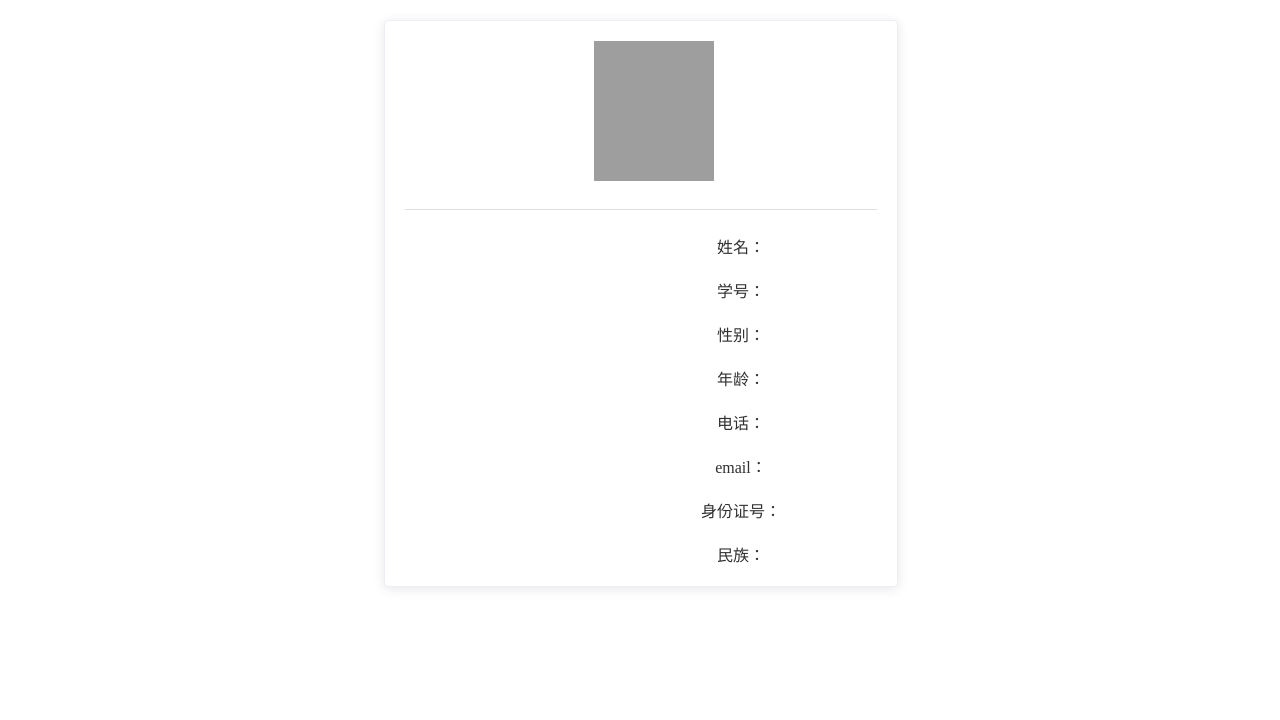
Repository: Blizzard-cyber/winsdom_scool_front
Page: /#/Personal
These files come from the project's save history. The page is drawn as it stood at one moment and after the next save; the edit follows.
The browser window is 1280 px wide. The pictures show the whole page.
Pictures or frames that could not be fetched are drawn as grey boxes. The project was rebuilt for these pictures with package versions that can differ from the ones it lists, and the page was loaded fresh each time. Also part of the build but not shown: src/components/comment/bottom.vue, src/components/first.vue, src/components/inside.vue, src/components/index.vue, src/components/dynamic/photo-news.vue, src/components/dynamic/latest-information.vue, src/components/contact/contact-us.vue, src/components/info_modules/course.vue and 7 more. Imported but missing from the stored project, and not drawn on this page: src/components/dynamic/school-notice, src/components/info_modules/lab.

Above is the page before, as saved 2022-07-04 11:51:21.
Console error: TypeError: Cannot read properties of null (reading 'getContext')

After the next save:
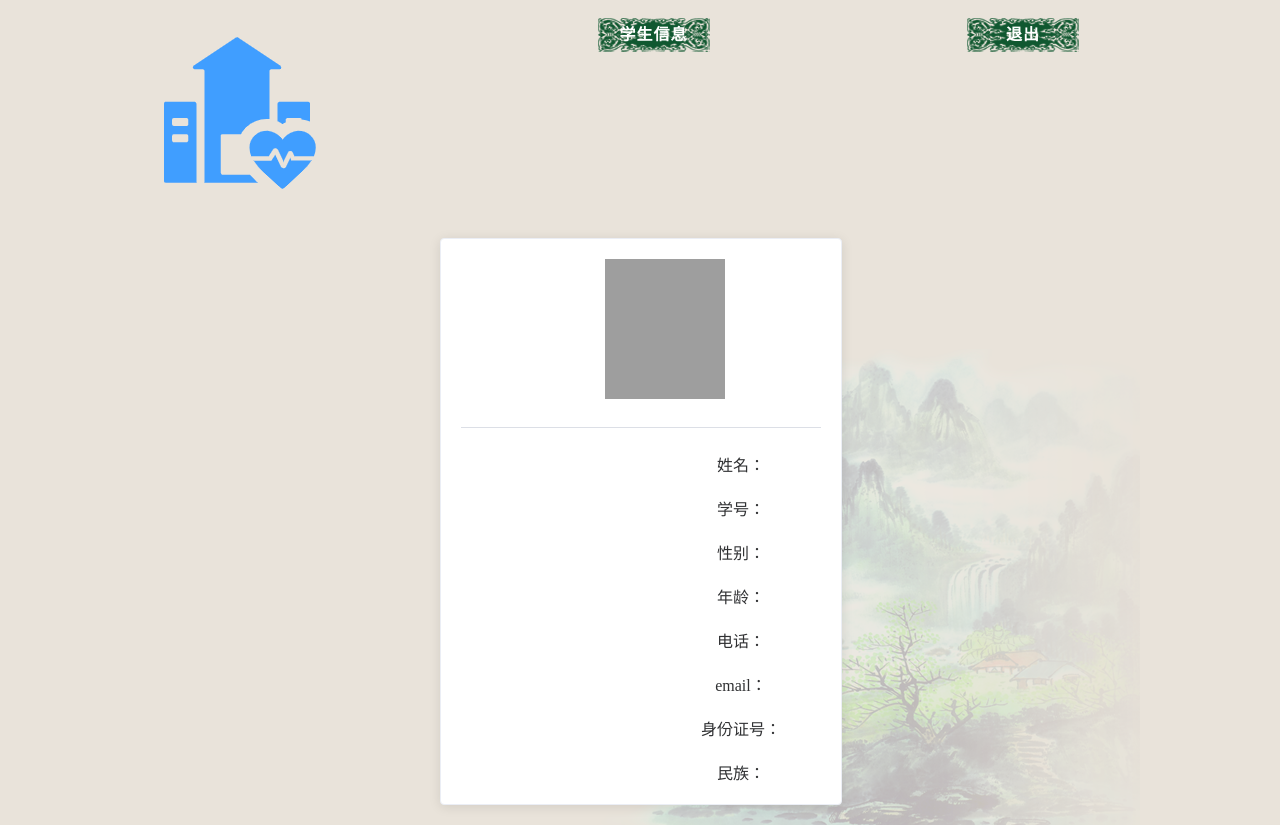
Saved 3 min 28 s later.
--- a/src/components/info_modules/personal.vue
+++ b/src/components/info_modules/personal.vue
@@ -1,4 +1,7 @@
 <template>
+<div class="main flex-col flex-x-center flex-y-center">
+    <div class="center">
+     <my-head/>
             <div style="margin-left: 30%;margin-right: 30%">
                 <el-card class="box-card">
                     <el-row>
@@ -19,6 +22,9 @@
                         <div style="margin-top: 20px">民族：{{studentInfo.nation}}</div>
                     </div>
                 </el-card>
+            </div>
+            <my-buttom/>
+            </div>
             </div>
 </template>
 
